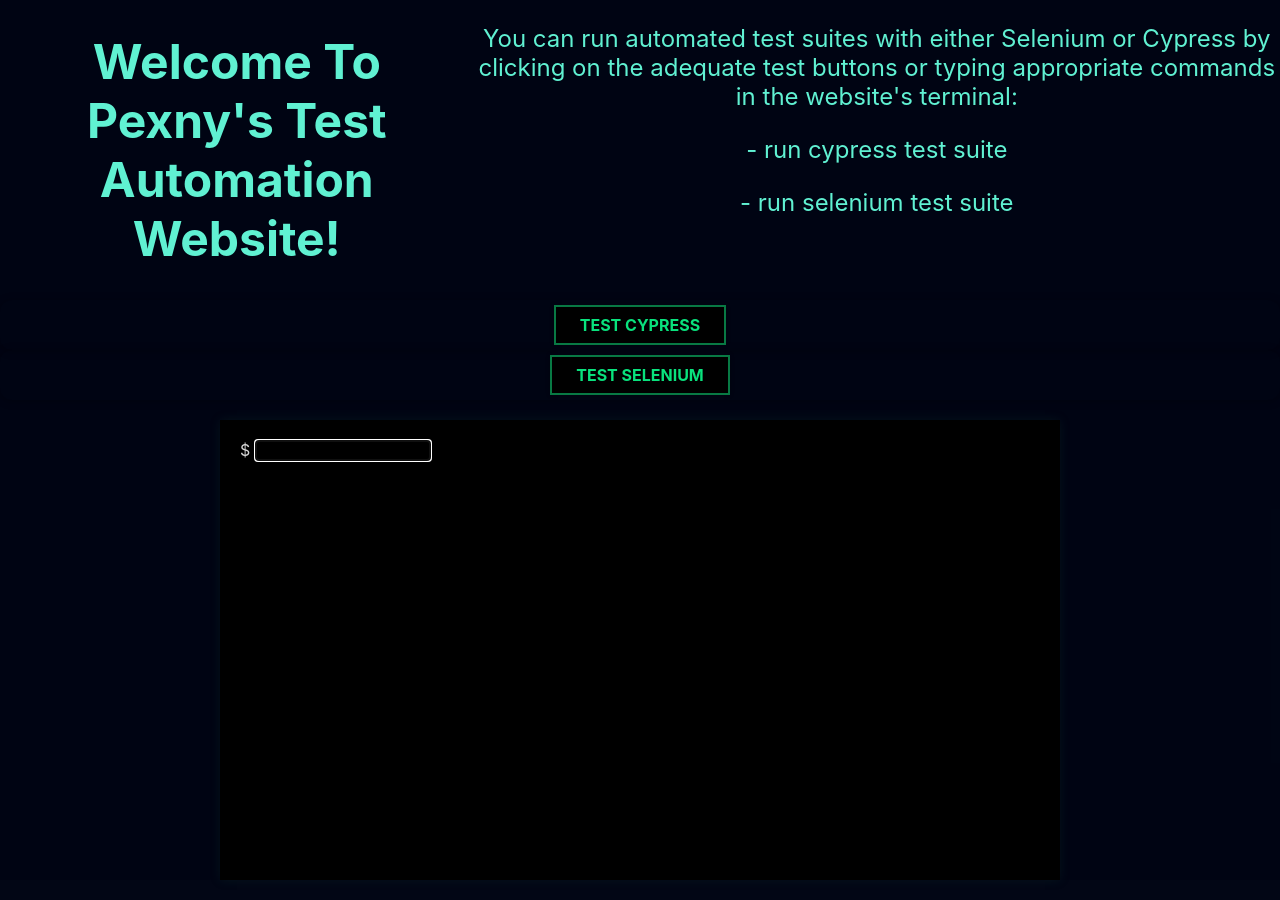
Repository: p3xny/Test-Automation-Website
Page: / (app in client/)
An editor plug-in stored every save of this project. The page is shown before and after the next save, followed by the edit.
The browser window is 1280 px wide. The pictures show the whole page.
The project was rebuilt for these pictures with package versions that can differ from the ones it lists, and the page was loaded fresh each time. Also part of the build but not shown: client/src/components/UI/TestMenu.js.

Above is the page before, as saved 2023-08-23 23:12:16.

After the next save:
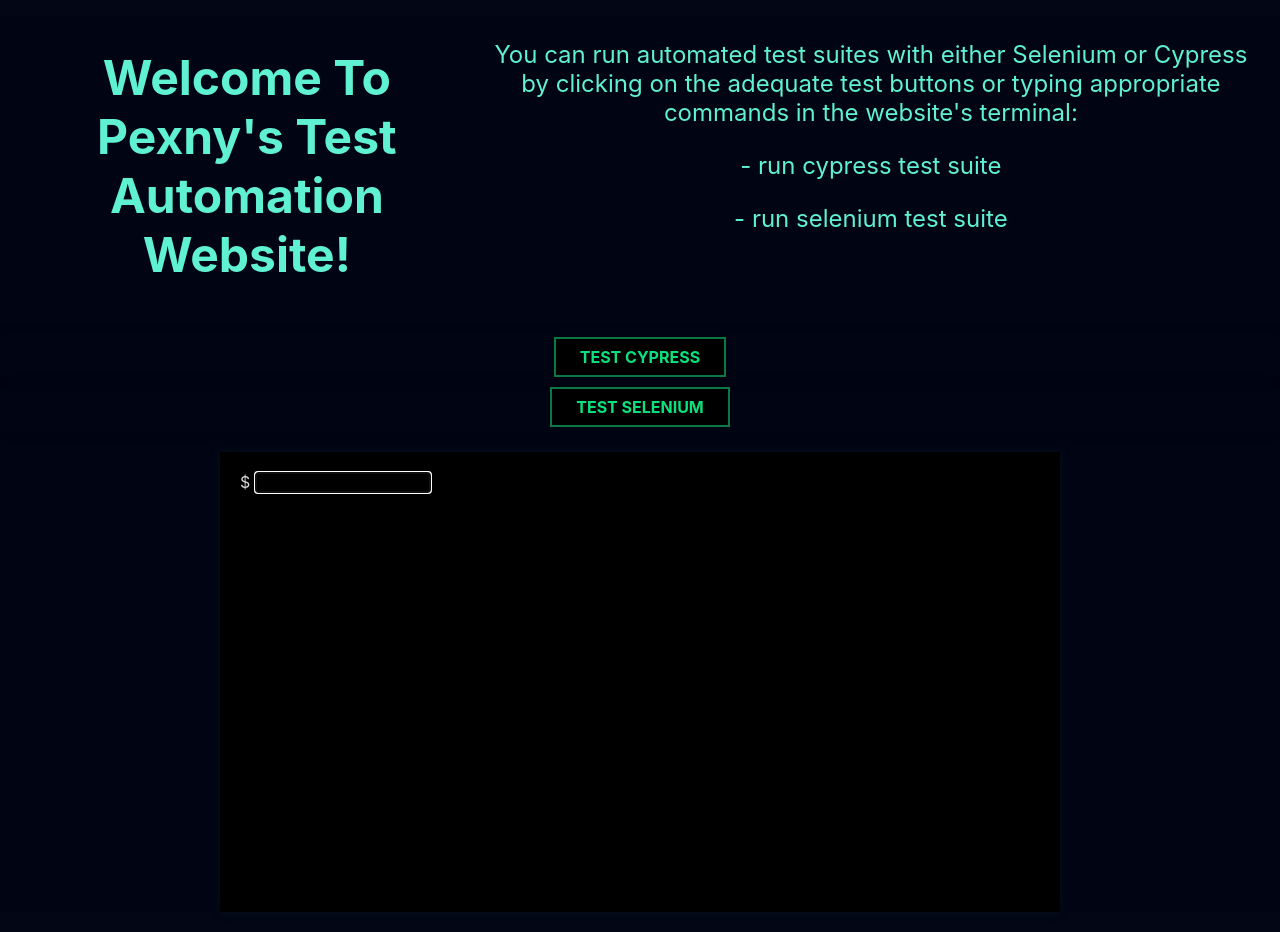
Saved 11 s later.
--- a/client/src/components/UI/WelcomeMessage.module.css
+++ b/client/src/components/UI/WelcomeMessage.module.css
@@ -3,6 +3,6 @@
   font-size: 1.5rem;
   /* font-weight: bold; */
   text-align: center;
-  margin: 1rem 1;
+  margin: 1rem 1rem;
   display: flex;
 }
